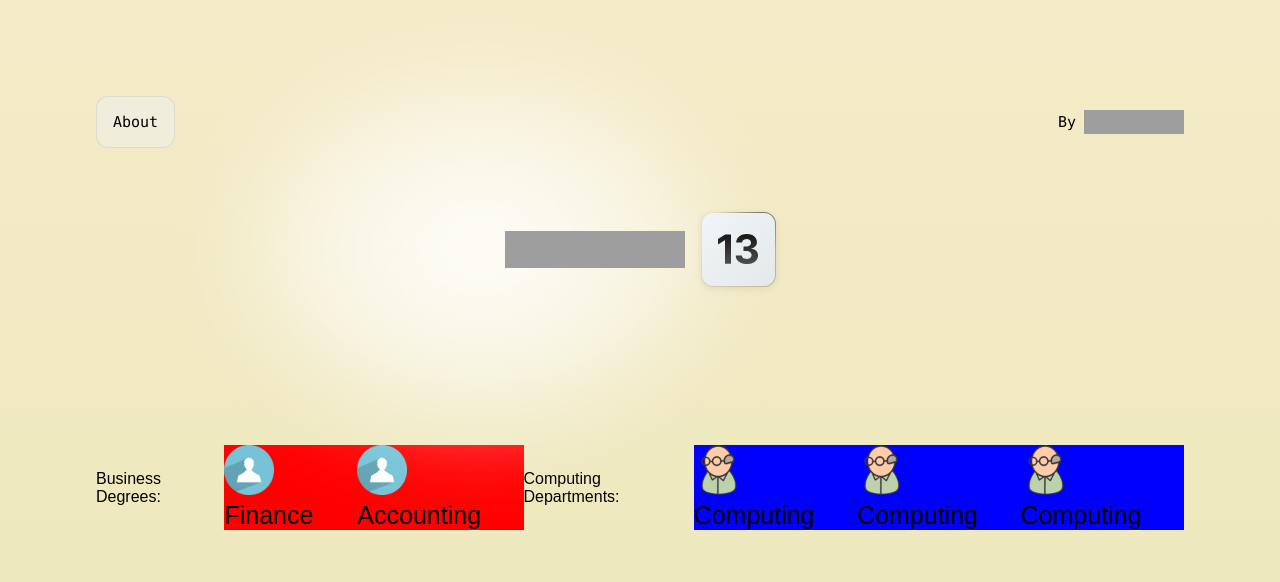
Repository: cheungglenda/MDIA2109-Week3
Page: /
An editor plug-in stored every save of this project. The page is shown before and after a run of saves, followed by the edit.
The browser window is 1280 px wide. The pictures show the whole page.
Pictures or frames that could not be fetched are drawn as grey boxes. The project was rebuilt for these pictures with package versions that can differ from the ones it lists, and the page was loaded fresh each time. The framework's server and built-in components were replaced by stand-ins that run in the browser. Also part of the build but not shown: next.config.js.

Above is the page before, as saved 2023-01-20 13:16:48.

### pages/index.js
import Head from 'next/head'
import Image from 'next/image'
import { Inter } from '@next/font/google'
import styles from '@/styles/Home.module.css'
import data from '../data/education.json'
import { useState } from 'react'
import Card from '../components/Card'
import Link from 'next/link'

const inter = Inter({ subsets: ['latin'] })

export default function Home() {

  /** ([...data]) enters the data in the useState and is calling that info. the useState has all the data from the education.json file */
  const [information, setInformation] = useState([...data])
  console.log(data);

  return (
    <>
      <Head>
        <title>Create Next App</title>
        <meta name="description" content="Generated by create next app" />
        <meta name="viewport" content="width=device-width, initial-scale=1" />
        <link rel="icon" href="/favicon.ico" />
      </Head>
      <main className={styles.main}>
        <div className={styles.description}>
          <p>
            <Link href="about">About</Link>

          </p>
          <div>
            <a
              href="https://vercel.com?utm_source=create-next-app&utm_medium=default-template&utm_campaign=create-next-app"
              target="_blank"
              rel="noopener noreferrer"
            >
              By{' '}
              <Image
                src="/vercel.svg"
                alt="Vercel Logo"
                className={styles.vercelLogo}
                width={100}
                height={24}
                priority
              />
            </a>
          </div>
        </div>

        <div className={styles.center}>
          <Image
            className={styles.logo}
            src="/next.svg"
            alt="Next.js Logo"
            width={180}
            height={37}
            priority
          />
          <div className={styles.thirteen}>
            <Image
              src="/thirteen.svg"
              alt="13"
              width={40}
              height={31}
              priority
            />
          </div>
        </div>


        <div className={styles.grid}>
          <div>Business Degrees:</div>
          {information && information.map((info, index) => {
            if(info.department.toLowerCase() === "business") {
            return (
              <Card key={index} degree={info.degree} color="red" font="25px"/>
            )
          }
          })}
           <div>Computing Departments:</div>
          {information && information.map((info, index) => {
            if(info.department.toLowerCase() === "computing") {
            return (
              <Card key={index} degree={info.department} color="blue" font="25px"/>
            )
          }
          })}
        </div>
      </main>
    </>
  )
}

/** .toLowerCase() is input when you don't want to worry about case sensitivity */

### styles/Home.module.css
.main {
  display: flex;
  flex-direction: column;
  justify-content: space-between;
  align-items: center;
  padding: 6rem;
  font-family:arial;
  min-height: 100vh;
  background-image: linear-gradient(rgb(245, 235, 200), rgb(236, 232, 188));

}

.buttons {
  display: flex;
  flex-direction:row;
  justify-content: space-evenly;
  margin-bottom:3%;
}

.links:hover {
  text-decoration:underline;
}

.links {
  font-size: 18px;
  max-width: var(--max-width);
  width: 100%;
  font-weight:900;
  font-family: 'Courier New', Courier, monospace;
  text-transform:lowercase;
  padding-left:10%;
}

.description {
  display: inherit;
  justify-content: inherit;
  align-items: inherit;
  font-size: 15px;
  max-width: var(--max-width);
  width: 100%;
  font-family: var(--font-mono);
}

.description a {
  display: flex;
  justify-content: center;
  align-items: center;
  gap: 0.5rem;
}

.description p {
  position: relative;
  margin: 0;
  padding: 1rem;
  background-color: rgba(var(--callout-rgb), 0.5);
  border: 1px solid rgba(var(--callout-border-rgb), 0.3);
  border-radius: var(--border-radius);
}

.code {
  font-weight: 700;
  font-family: var(--font-mono);
}

.meetTitle {
  font-size: 50px;
  font-weight:700;
  text-transform:lowercase;
  font-family:'Courier New', Courier, monospace;
  text-align:center;
}

.grid {
  display: flex;
  justify-content:center;
  width: var(--max-width);
  max-width: 100%;
  align-items:center;
  flex: 1;
}

.card {
  padding: 1rem 1.2rem;
  border-radius: var(--border-radius);
  background: rgba(var(--card-rgb), 0);
  border: 1px solid rgba(var(--card-border-rgb), 0);
  transition: background 200ms, border 200ms;
}

.card span {
  display: inline-block;
  transition: transform 200ms;
}

.info {
  font-family:Arial, Helvetica, sans-serif;
}

.card h2 {
  font-weight: 600;
  margin-bottom: 0.7rem;
}

.card p {
  margin: 0;
  opacity: 0.6;
  font-size: 0.9rem;
  line-height: 1.5;
  max-width: 30ch;
}


.employees {
  display:flex;
  gap:20px;
  width: 80%;
  text-align:center;
  font-family:'Courier New', Courier, monospace;
}

.titleDesc {
  font-size:16px;
  margin-bottom:3%;
}

.center {
  display: flex;
  justify-content: center;
  align-items: center;
  position: relative;
  padding: 4rem 0;
}

.center::before {
  background: var(--secondary-glow);
  border-radius: 50%;
  width: 480px;
  height: 360px;
  margin-left: -400px;
}

.center::after {
  background: var(--primary-glow);
  width: 240px;
  height: 180px;
  z-index: -1;
}

.center::before,
.center::after {
  content: '';
  left: 50%;
  position: absolute;
  filter: blur(45px);
  transform: translateZ(0);
}

.logo,
.thirteen {
  position: relative;
}

.thirteen {
  display: flex;
  justify-content: center;
  align-items: center;
  width: 75px;
  height: 75px;
  padding: 25px 10px;
  margin-left: 16px;
  transform: translateZ(0);
  border-radius: var(--border-radius);
  overflow: hidden;
  box-shadow: 0px 2px 8px -1px #0000001a;
}

.thirteen::before,
.thirteen::after {
  content: '';
  position: absolute;
  z-index: -1;
}

/* Conic Gradient Animation */
.thirteen::before {
  animation: 6s rotate linear infinite;
  width: 200%;
  height: 200%;
  background: var(--tile-border);
}

/* Inner Square */
.thirteen::after {
  inset: 0;
  padding: 1px;
  border-radius: var(--border-radius);
  background: linear-gradient(
    to bottom right,
    rgba(var(--tile-start-rgb), 1),
    rgba(var(--tile-end-rgb), 1)
  );
  background-clip: content-box;
}

/* Enable hover only on non-touch devices */
@media (hover: hover) and (pointer: fine) {
  .card:hover {
    background: rgba(var(--card-rgb), 0.1);
    border: 1px solid rgba(var(--card-border-rgb), 0.15);
  }

  .card:hover span {
    transform: translateX(4px);
  }
}

@media (prefers-reduced-motion) {
  .thirteen::before {
    animation: none;
  }

  .card:hover span {
    transform: none;
  }
}

/* Mobile */
@media (max-width: 700px) {
  .content {
    padding: 4rem;
  }

  .grid {
    grid-template-columns: 1fr;
    margin-bottom: 120px;
    max-width: 320px;
    text-align: center;
  }

  .card {
    padding: 1rem 2.5rem;
  }

  .card h2 {
    margin-bottom: 0.5rem;
  }

  .center {
    padding: 8rem 0 6rem;
  }

  .center::before {
    transform: none;
    height: 300px;
  }

  .description {
    font-size: 0.8rem;
  }

  .description a {
    padding: 1rem;
  }

  .description p,
  .description div {
    display: flex;
    justify-content: center;
    position: fixed;
    width: 100%;
  }

  .description p {
    align-items: center;
    inset: 0 0 auto;
    padding: 2rem 1rem 1.4rem;
    border-radius: 0;
    border: none;
    border-bottom: 1px solid rgba(var(--callout-border-rgb), 0.25);
    background: linear-gradient(
      to bottom,
      rgba(var(--background-start-rgb), 1),
      rgba(var(--callout-rgb), 0.5)
    );
    background-clip: padding-box;
    backdrop-filter: blur(24px);
  }

  .description div {
    align-items: flex-end;
    pointer-events: none;
    inset: auto 0 0;
    padding: 2rem;
    height: 200px;
    background: linear-gradient(
      to bottom,
      transparent 0%,
      rgb(var(--background-end-rgb)) 40%
    );
    z-index: 1;
  }
}

/* Tablet and Smaller Desktop */
@media (min-width: 701px) and (max-width: 1120px) {
  .grid {
    grid-template-columns: repeat(2, 50%);
  }
}

@media (prefers-color-scheme: dark) {
  .vercelLogo {
    filter: invert(1);
  }

  .logo,
  .thirteen img {
    filter: invert(1) drop-shadow(0 0 0.3rem #ffffff70);
  }
}

@keyframes rotate {
  from {
    transform: rotate(360deg);
  }
  to {
    transform: rotate(0deg);
  }
}

### data/education.json
[
        {
            "studentNumber": "A0004567",
            "firstName": "Person 1",
            "gpa": 3.8,
            "department": "Business",
            "degree": "Finance",
            "graduted": 2014
        },
        {
            "studentNumber": "A0001234",
            "firstName": "Person 2",
            "gpa": 3.5,
            "department": "Business",
            "degree": "Accounting",
            "graduted": 2010
        },
        {
            "studentNumber": "A0007890",
            "firstName": "Person 3",
            "gpa": 3.2,
            "department": "Computing",
            "degree": "Applied Software Development Certificate",
            "graduted": 2018
        },
        {
            "studentNumber": "A0007828",
            "firstName": "Person 4",
            "gpa": 3.9,
            "department": "Computing",
            "degree": "Computer Systems Diploma",
            "graduted": 2021
        },
        {
            "studentNumber": "A0003425",
            "firstName": "Person 5",
            "gpa": 3.2,
            "department": "Computing",
            "degree": "Applied Computer Information Systems Certificate",
            "graduted": 2021
        }
]

### components/Card/index.js
export default function EmployeeCard({
    degree = "none",
    color = "purple",
    font = "O",
    image = "icon/personTwo.png"
}) {
    return (
        <div style={{backgroundColor: color, fontSize: font}}>
            {
                color === "red" ? <img src={'icon/person.png'} width="50"/> :
                color === "blue" ? <img src={'icon/personThree.png'} width="50"/> :
                <img src={image} width="50"/>
            }
            {degree}
        </div>
    )
}

Loaded but not shown: pages/_app.js (common file); pages/_document.js (common file); styles/globals.css (common file)

After the next 2 saves:
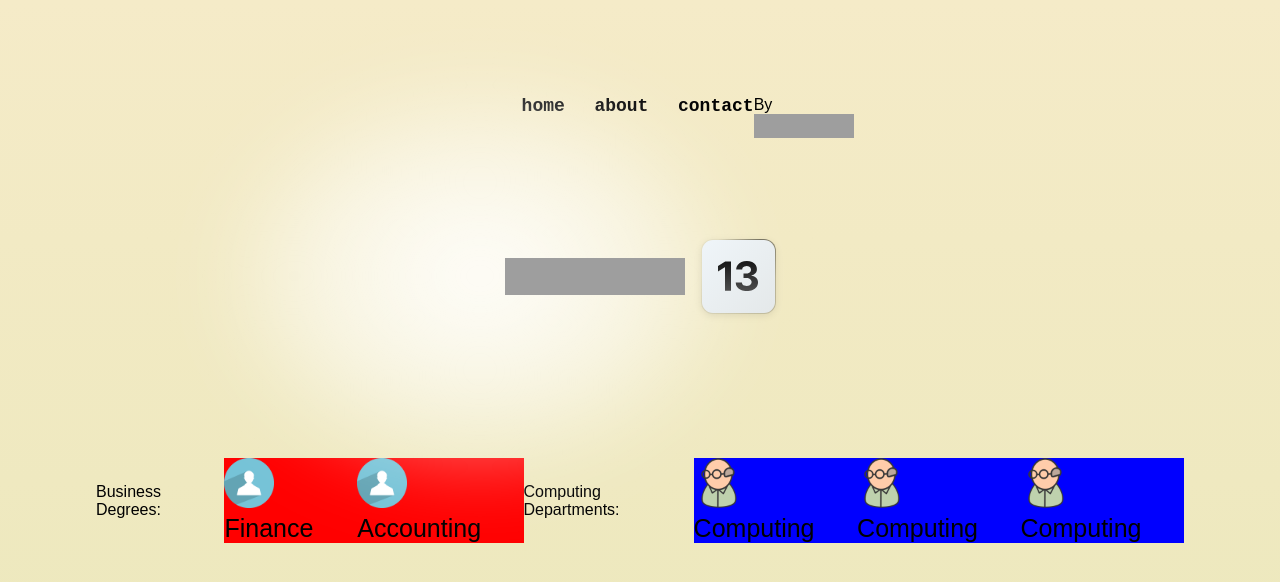
The 2 saves are shown as one change because 1 did not build or start.
The last was saved 35 s later.
--- a/pages/index.js
+++ b/pages/index.js
@@ -24,11 +24,10 @@ export default function Home() {
         <link rel="icon" href="/favicon.ico" />
       </Head>
       <main className={styles.main}>
-        <div className={styles.description}>
-          <p>
-            <Link href="about">About</Link>
-
-          </p>
+        <div className={styles.buttons}>
+      <Link href="/" className={styles.links}>Home</Link>
+      <Link href="/about" className={styles.links}>About</Link>
+      <Link href="/" className={styles.links}>Contact</Link>
           <div>
             <a
               href="https://vercel.com?utm_source=create-next-app&utm_medium=default-template&utm_campaign=create-next-app"
